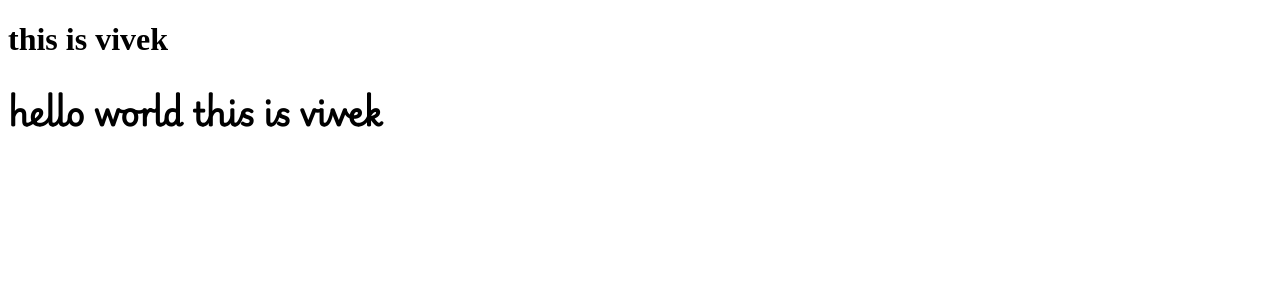
Repository: viveknaidu007/repo-113-HTML
Page: 17.html
These files come from the project's save history. The page is drawn as it stood at one moment and after the next save; the edit follows.
The browser window is 1280 px wide. The pictures show the whole page.

Above is the page before, as saved 2024-06-25 20:26:41.

### 17.html
<!DOCTYPE html>
<html lang="en">
    <head>
        <meta charset="UTF-8">
        <meta http-equiv="X-UA-Compatible" content="IE=edge">
        <meta name="viewport" content="width=device-width, initial-scale=1.0">
        <title> custom font </title>

        <style>
            @font-face{
                font-family: 'edo';
                src : url(./font.ttf)
            }

            .c{
                font-family: 'edo'
            }
        </style>
    </head>

    <body>
        <h1> this is vivek</h1>
        <h1 class="c"> hello world this is vivek</h1>
    </body>

</html>

After the next save:
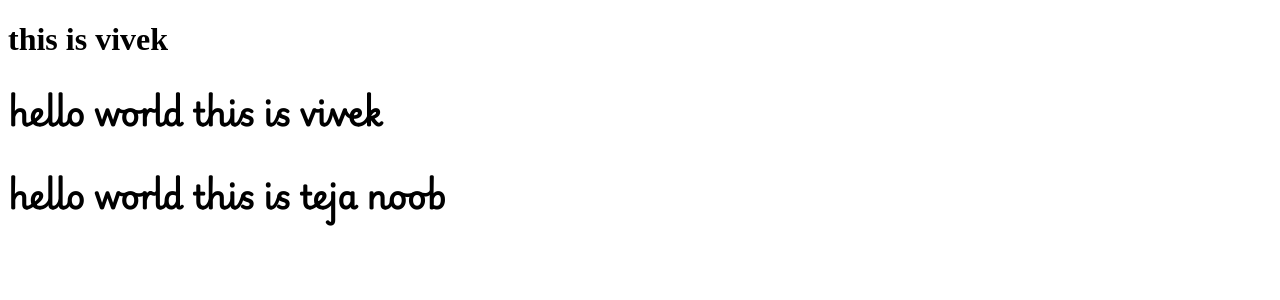
Saved 19 s later.
--- a/17.html
+++ b/17.html
@@ -21,6 +21,8 @@
     <body>
         <h1> this is vivek</h1>
         <h1 class="c"> hello world this is vivek</h1>
+        <h1 class="c"> hello world this is teja noob</h1>
+
     </body>
 
 </html>
